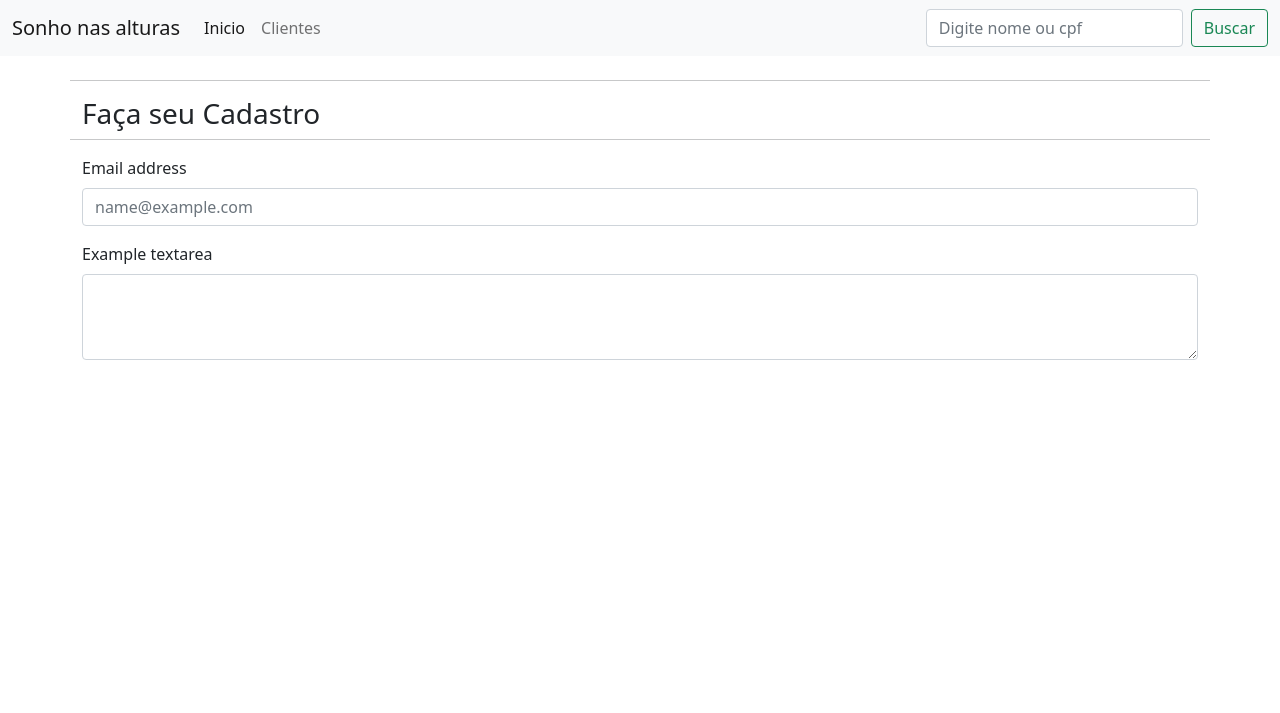
Repository: GabrielAzevedo99/back-end
Page: java-crud/src/main/webapp/index.html
An editor plug-in stored every save of this project. The page is shown before and after the next save, followed by the edit.
The browser window is 1280 px wide. The pictures show the whole page.

Above is the page before, as saved 2022-02-05 00:41:15.

### java-crud/src/main/webapp/index.html
<!DOCTYPEhtml>
<html>

<meta charset="ISO-8859-1">
<title> PROJETO CRUD COM JAVA </title>
<!-- CSS only -->
<link href="https://cdn.jsdelivr.net/npm/bootstrap@5.1.3/dist/css/bootstrap.min.css" rel="stylesheet" integrity="sha384-1BmE4kWBq78iYhFldvKuhfTAU6auU8tT94WrHftjDbrCEXSU1oBoqyl2QvZ6jIW3" crossorigin="anonymous">
</head>
<body>
<nav class="navbar navbar-expand-lg navbar-light bg-light">
  <div class="container-fluid">
    <a class="navbar-brand" href="#">Sonho nas alturas</a>
    <button class="navbar-toggler" type="button" data-bs-toggle="collapse" data-bs-target="#navbarSupportedContent" aria-controls="navbarSupportedContent" aria-expanded="false" aria-label="Toggle navigation">
      <span class="navbar-toggler-icon"></span>
    </button>
    <div class="collapse navbar-collapse" id="navbarSupportedContent">
      <ul class="navbar-nav me-auto mb-2 mb-lg-0">
        <li class="nav-item">
          <a class="nav-link active" aria-current="page" href="index.html">Inicio</a>
        </li>
        <li class="nav-item">
          <a class="nav-link" href="#">Clientes</a>
        </li>


      </ul>
      <form class="d-flex">
        <input name="pesquisa" class="form-control me-2" type="search" placeholder="Digite nome ou cpf" aria-label="Search">
        <button class="btn btn-outline-success" type="submit">Buscar</button>
      </form>
    </div>
  </div>
</nav>

<br>
<div class="container">
<div class="row">
<hr>
<h3>Faça seu Cadastro</h3>
<hr>
<form action="CreateAndFind" method="POST">

<div class="mb-3">
  <label for="exampleFormControlInput1" class="form-label">Email address</label>
  <input type="email" class="form-control" id="exampleFormControlInput1" placeholder="name@example.com">
</div>
<div class="mb-3">
  <label for="exampleFormControlTextarea1" class="form-label">Example textarea</label>
  <textarea class="form-control" id="exampleFormControlTextarea1" rows="3"></textarea>
</div>

</form>
</div>
</div>

<!-- JavaScript Bundle with Popper -->
<script src="https://cdn.jsdelivr.net/npm/bootstrap@5.1.3/dist/js/bootstrap.bundle.min.js" integrity="sha384-ka7Sk0Gln4gmtz2MlQnikT1wXgYsOg+OMhuP+IlRH9sENBO0LRn5q+8nbTov4+1p" crossorigin="anonymous"></script>

</body>
</html >

After the next save:
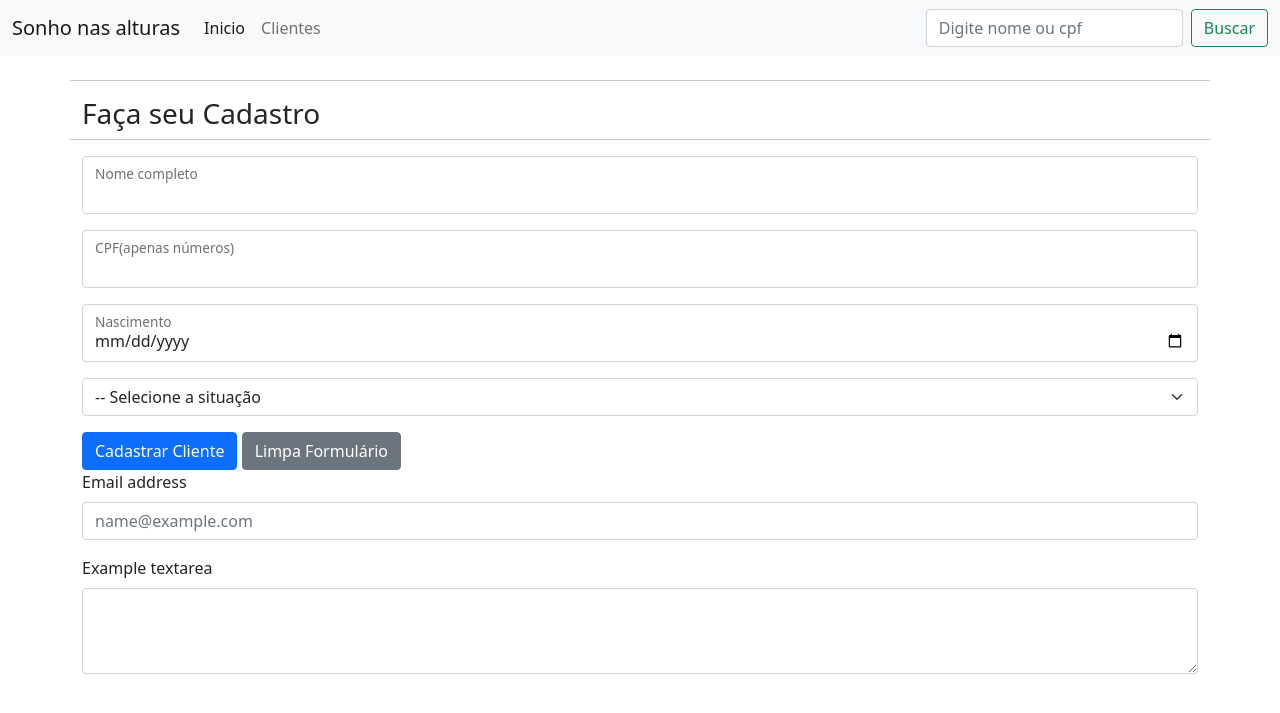
Saved 24 min 6 s later.
--- a/java-crud/src/main/webapp/index.html
+++ b/java-crud/src/main/webapp/index.html
@@ -40,6 +40,29 @@
 <hr>
 <form action="CreateAndFind" method="POST">
 
+<div class="form-floating mb-3">
+						<input name="nome" maxlength="40" type="text" class="form-control" id="floatingInput1">
+						<label>Nome completo</label>
+					</div>
+					<div class="form-floating mb-3">
+						<input name="cpf" maxlength="11" type="text" class="form-control">
+						<label>CPF(apenas números)</label>
+					</div>
+					<div class="form-floating mb-3">
+						<input name="nascimento" type="date" class="form-control" placeholder="Nascimento">
+						<label>Nascimento</label>
+					</div>
+					<select name="situacao" class="form-select mb-3" aria-label="Exemplo de seleção padrão">
+						<option selected>-- Selecione a situação</option>
+						<option value="Ativo">Ativo</option>
+						<option value="Inativo">Inativo</option>
+					</select>
+
+					<button class=" btn btn-primary" type="submit" >Cadastrar Cliente </button>
+					<button class ="btn btn-secondary" type="reset" >Limpa Formulário </button>
+
+
+
 <div class="mb-3">
   <label for="exampleFormControlInput1" class="form-label">Email address</label>
   <input type="email" class="form-control" id="exampleFormControlInput1" placeholder="name@example.com">
